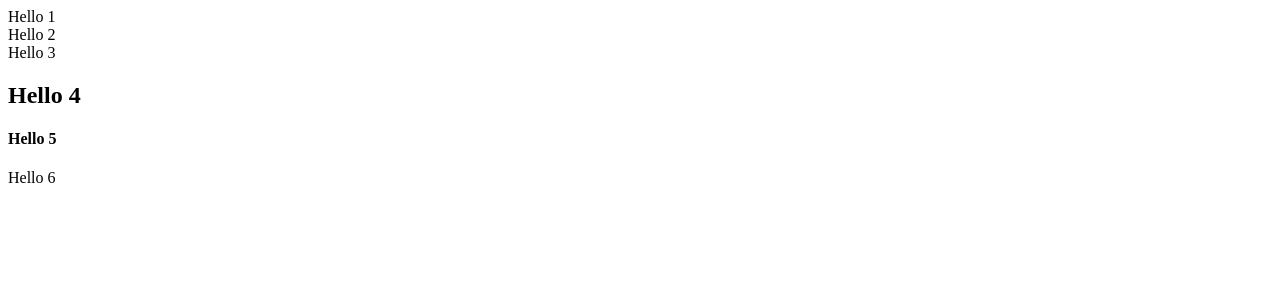
Repository: iyhong/spring_openAPI_lecture
Page: jquerytest/WebContent/jquery1.html
These files come from the project's save history. The page is drawn as it stood at one moment and after the next save; the edit follows.
The browser window is 1280 px wide. The pictures show the whole page.

Above is the page before, as saved 2021-06-02 01:59:44.

After the next save:
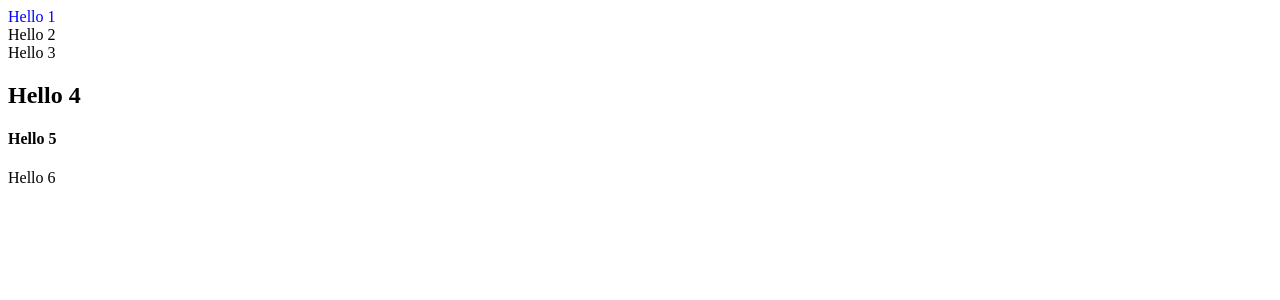
Saved 2 min 18 s later.
--- a/jquerytest/WebContent/jquery1.html
+++ b/jquerytest/WebContent/jquery1.html
@@ -5,6 +5,9 @@
 <title>Insert title here</title>
 <script type="text/javascript" src="https://code.jquery.com/jquery.js"></script>
 <script type="text/javascript">
+$(function() {
+	$("#a").css("color","blue")
+})
 </script>
 </head>
 <body>
